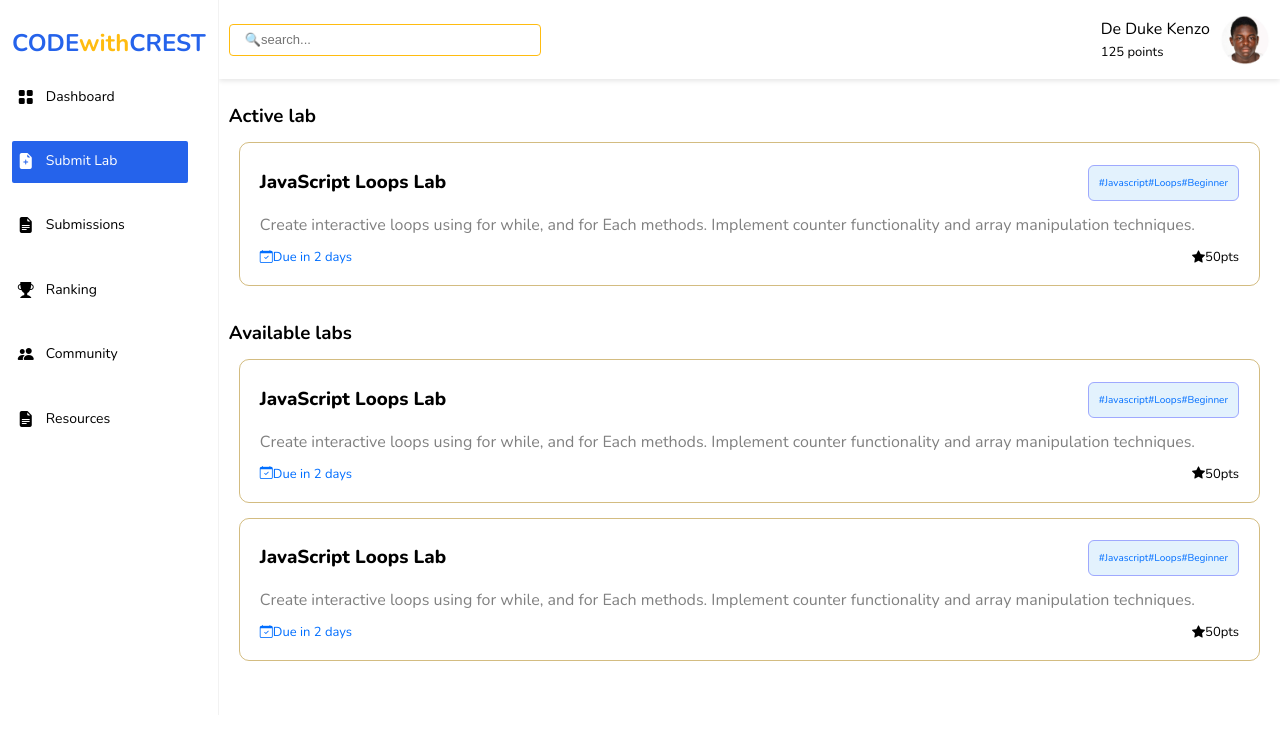
Repository: CarlTeclancing/codewithcrest
Page: /dashboard/submitlab
The author's editor kept a copy of each file at every save. The page is drawn from the files as they stood at one save, then again after a run of saves.
The browser window is 1280 px wide. The pictures show the whole page.
The project was rebuilt for these pictures with package versions that can differ from the ones it lists, and the page was loaded fresh each time. Also part of the build but not shown: vite.config.js, src/pages/Dashboard/Dashboard.jsx, src/components/UserCard.jsx, src/pages/ranking/Ranking.jsx, src/components/GuideLines.jsx, src/pages/submission/Submission.jsx, src/components/CommunityPost.jsx, src/pages/community/Community.jsx and 12 more.

Above is the page before, as saved 2025-09-09 14:14:24.

### index.html
<!doctype html>
<html lang="en">
  <head>
    <meta charset="UTF-8" />
    <link rel="icon" type="image/svg+xml" href="./src/assets/react.svg" />
    <meta name="viewport" content="width=device-width, initial-scale=1.0" />
    <title>CODEwithCREST</title>
    <link rel="stylesheet" href="https://cdn.jsdelivr.net/npm/bootstrap-icons@1.13.1/font/bootstrap-icons.min.css">
    <!-- fonts-->
     <link rel="preconnect" href="https://fonts.googleapis.com">
     <link rel="preconnect" href="https://fonts.gstatic.com" crossorigin>
     <link href="https://fonts.googleapis.com/css2?family=Nunito:ital,wght@0,200..1000;1,200..1000&display=swap" rel="stylesheet">
  </head>
  <body>
    <div id="root"></div>
    <script type="module" src="/src/main.jsx"></script>
  </body>
</html>

### src/main.jsx
import { StrictMode } from 'react'
import { createRoot } from 'react-dom/client'
import './index.css'
import App from './App.jsx'
import 'react-responsive-modal/styles.css';


createRoot(document.getElementById('root')).render(
  <StrictMode>
    <App/>
  </StrictMode>,
)

### src/index.css
:root {
  /* CSS variables */
   --primary-color: #5B0C4E;
   --primary-color-hover: #5b0c4edc;
   --bg-color: #FFFAFE;
   --bg-white: #ffffff;
   --text-color: #262626;
   --border-color: #93B4FD;
   --bg-tab: #DECADB;

   --pending: #EA5254;
   --completed: #3CDA7D;
   --in-progress: #F9BD3B;

   --primary-white-color: white;
   --primary-black-color: black;
   --primary-error-color: red;
 }

body{
  /* border: solid 1px blue; */
  margin: 0%;
  width: 100%;
  height: auto;
  /* display: flex; */
  /* justify-content: center; */
  font-family: "Nunito", sans-serif;
  font-optical-sizing: auto;
  font-weight: 400;
  font-style: normal;
  overflow-x: hidden;
}
/* .post{
  width: 80%;
  display: flex;
  flex-direction: row;
  flex-wrap: wrap;
  align-items: center;
  justify-content: center;
}
.individual-post{
  width: 500px;
  height: auto;
  background-color: rgba(0, 0, 0, 0.05);
  margin: 12px;
  padding: 24px;
  border-radius: 12px;
  border: 1px solid rgba(0, 0, 0, 0.05);
  color: black;
} */

### src/App.jsx
import React  from 'react'
import { createBrowserRouter, RouterProvider ,Route ,Routes } from 'react-router-dom'

import Dashboard from './pages/Dashboard/Dashboard.jsx'
import Ranking from './pages/ranking/Ranking.jsx'
import Submission from './pages/submission/Submission.jsx'

import SubmitLab from './pages/submitLab/SubmitLab.jsx'
import Community from './pages/community/Community.jsx'
import Resources from './pages/resources/Resources.jsx'
import Assistant from './pages/assistant/Assistant.jsx'
import Login from './pages/auths/login/Login.jsx'
import Register from './pages/auths/register/_Register.jsx'
import PersonalInfo from './pages/auths/register/PersonalInfoForm.jsx'
import Experience from './pages/auths/register/ExperienceForm.jsx'
import Program from './pages/auths/register/ProgramForm.jsx'
import { UserProvider } from './providers/userProvider.jsx'
import DashboardLayout from './Layout/DashboardLayout.jsx'
import Subscribe from './pages/subscribe/Subscribe.jsx'

function App() {

  const router = createBrowserRouter([
    {path:'/', element:<Login />},
    // No landing page
    // Auth pages
    {path:'/login',  index:true,element:<Login />},
    {path:'/register', element:<Register />},
    {path:'/personal-information', element:<PersonalInfo />},
    {path:'/program', element:<Program />},
    {path:'/experience', element:<Experience/>},

    // Subscribtion page
    {
      path:'/subscribe',
      element:<Subscribe/>
    },

    // Dashboard pages
    {
      path:'/dashboard',
      element:<DashboardLayout/>,
      children:[
        {
          index:true,
          element:<Dashboard/>
        },
        {path:'submissions', element:<Submission />},
        {path:'submitlab', element:<SubmitLab />},
        {path:'community', element:<Community />},
        {path:'ranking', element:<Ranking />},
        {path:'resources', element:<Resources />},

      ]
    },

    // {path:'/ranking', element:<Ranking />},
    // {path:'/bugtracking', element:<BugTracking />},
    // {path:'/hello', element:<Hello />},
    // {path:'/assistant', element:<Assistant />}

  ]);

  return (
    <>
      <UserProvider>
        <RouterProvider router={router} />
      </UserProvider>
    </>
  )
}

export default App

const Temp = () => {
  return(
    <>
      testing temp comp
    </>
  )
}

### src/pages/submitLab/SubmitLab.jsx
import React ,{useState ,useEffect} from 'react'
import './submitlab.css'
import { Link } from 'react-router-dom'
import LabInfo from '../../components/LabInfo.jsx'
import { HOST_NAME } from '../../../globals.js'
import {Modal} from 'react-responsive-modal'

const lab = [
  { title: 'JavaScript Loops Lab', hashtags:['#Javascript', '#Loops' ,'#Beginner'], task:'Create interactive loops using for while, and for Each methods. Implement counter functionality and array manipulation techniques.' , deadline: 'Due in 2 days', point: '50pts' },
    { title: 'JavaScript Loops Lab', hashtags:['#Javascript', '#Loops' ,'#Beginner'], task:'Create interactive loops using for while, and for Each methods. Implement counter functionality and array manipulation techniques.' , deadline: 'Due in 2 days', point: '50pts' },
];

function SubmitLab() {

  const [labs , setLabs] = useState()
  const [loading ,setLoading] = useState(false)
  const [error ,setError] = useState('')
  const [showModal ,setShowModal] = useState(false)

  async function getLabs(){
    try{
      setLoading(true)
      setError('')
      const response = await fetch(`${HOST_NAME}/api/lab/user/${'user.id'}`)
      const data = await response.json()
      if(response.ok){
        // setLabs(data.labs)
      }else{
        setError(data.error)
      }

    }
    catch(e){
      console.log(e);

    }finally{
      setLoading(false)
    }
  }

  useEffect(()=>{
    // getLabs()
  },[0])

  return (
    <div className='dashboard-container'>

      <SubmitLabModal showModal={showModal} setShowModal={setShowModal} />

      <div style={{lineHeight:'100%'}}>
        <h3>Active lab</h3>
        <div className='labs-container'>
          {lab.slice(0 ,1).map((lab, index) => (
            <LabInfo
              key={index}
              title={lab.title}
              hashtags={lab.hashtags}
              task={lab.task}
              deadline={lab.deadline}
              point={lab.point}
              active={true}
              onClick={()=>setShowModal(true)}
            />
          ))}
        </div>
      </div>

      <div style={{lineHeight:'100%'}}>
        <h3>Available labs</h3>
        <div className='labs-container'>
          {lab.map((lab, index) => (
            <LabInfo
              key={index}
              title={lab.title}
              hashtags={lab.hashtags}
              task={lab.task}
              deadline={lab.deadline}
              point={lab.point}
            />
          ))}
        </div>
      </div>

      <table>

      </table>


      {/* <div className="nav">
        <select name="" id="">
            <option value="">Show All</option>
        </select>
        <div className="bar">
            <Link>Properties</Link>
            <Link>Filter</Link>
            <Link>Sort</Link>
            <Link>Clear All</Link>
        </div>
      </div> */}

      {/* <table>
        <thead>
        <tr>
            <th>Id</th>
            <th>Lab Title</th>
            <th>URL</th>
            <th>Points</th>
            <th>Date</th>
            <th>Action</th>
        </tr>
        </thead>
        <tbody>
        <tr>
            <td>01</td>
            <td>JavaScript Loops Assignment</td>
            <td className='url'>https://www.producthunt.com</td>
            <td>832</td>
            <td>Jan 1, 2020</td>
            <td>Delivered</td>
        </tr>
        <tr>
            <td>02</td>
            <td>JavaScript Loops Assignment</td>
            <td className='url'>https://www.producthunt.com</td>
            <td>832</td>
            <td>Jan 1, 2020</td>
            <td>Delivered</td>
        </tr>
        </tbody>
      </table> */}

    </div>
  )
}

export default SubmitLab


const SubmitLabModal = ({showModal ,setShowModal}) =>{

  function handleChange(e){
    setInfo({...info ,[e.target.name]:e.target.value})
  }

  return(
    <>
      <Modal open={showModal} onClose={()=>setShowModal(false)} >
        <p>
          <h3 style={{textAlign:'center'}}>Submit Lab/Challenge</h3>

          <form onSubmit="">
            <div className="form-group">
              <div>
                <label htmlFor="">Title</label>
                <input
                  type="text"
                  name=''
                  onChange={handleChange}
                />
              </div>
              <div>
                <label htmlFor="">Technologies Used</label>
                <input
                  type="text"
                  name='technologiesUsed'
                  onChange={handleChange}
                />
              </div>
            </div>

            <div className="form-group">
              <div>
                <label htmlFor="">Live Preview URL</label>
                <input
                  type="url"
                  name='liveURL'
                  placeholder='https://your-project.netlify.app'
                  onChange={handleChange}
                />
              </div>
              <div>
                <label htmlFor="">GitHub Repository URL</label>
                <input
                  type="url"
                  name='githubURL'
                  placeholder='https://github.com/username/repository'
                  onChange={handleChange}
                />
              </div>
            </div>

            <div className="form-group">
              <div>
                <label htmlFor="">Lab Description</label>
                <textarea name="decription" id="decription" onChange={handleChange}></textarea>
              </div>
              <div>
                <label htmlFor="">Comments or Notes</label>
                <textarea name="comments" id="comments" onChange={handleChange}></textarea>
              </div>
            </div>

            <div style={{display:'flex', alignItems:'center'}}>
              <input style={{width:'auto'}} type="checkbox" /><label htmlFor="">Notify me when reviewed</label>
            </div>
            <br />
            <label>Challenge/Lab</label><br />
            <select style={{width:'95%', backgroundColor:'#bcbcbcff'}} name="" id="">
              <option value="">Select a Challenge</option>
            </select>
              <br /> <br />

            <div style={{display:'flex', justifyContent:'space-between'}}>
              <div style={{display:'flex', alignItems:'center'}}>
                <button className='btnl'>Clear Form</button>
                <button className='btnl'>Save as draft</button>
              </div>
              <button className='button'>Submit</button>
            </div>
          </form>

          {/* <div className="submit-option">
            <button className={`button ${location.pathname === "" ? "active" : ""}`}>Upload File</button>
            <button className={`button ${location.pathname === "" ? "active" : ""}`}>Submit Link</button>
          </div>

          <div className="upload">
            <form action="">
                <p>Drag and drop your files here! or</p>
                <input type="file" /><br />
                <span>Accepted formats: .zip, .html, .js, .py, .txt</span>
            </form>
          </div> */}
        </p>
      </Modal>
    </>
  )
}

### src/providers/userProvider.jsx
import React ,{createContext ,useState} from "react";


const UserContext = createContext()

export const UserProvider = ({children}) => {
    const [user ,setUser] = useState()

    return (<UserContext.Provider value={{user:user ,setUser:setUser}}  >{children}</UserContext.Provider>)
}

export default UserContext

### src/Layout/DashboardLayout.jsx
import React from "react";
import Sidebar from "../components/Sidebar";
import { Outlet } from "react-router-dom";
import Header from "../components/Header";
import '../styles/layout.css'


const DashboardLayout = () => {
    return(
        <React.Fragment>
            <div style={{border:'solid 0px blue',display:'flex' }}>
                <Sidebar/>

                <div style={{border:'solid 0px red' ,flex:1 ,display:'flex', flexDirection:'column'}}>
                    <div>
                        <Header/>
                    </div>
                    <div>
                        <Outlet/>
                    </div>
                </div>
            </div>

        </React.Fragment>
    )
}

export default DashboardLayout

### src/pages/Dashboard/dashboard.css
.box-updates{
  display: flex;
}
.box{
  display: flex;
  flex-direction: column;
  justify-content:center;
  width:250px ;
  max-width:250px ;
  padding: 15px;
  background-color: white;
  margin-right: 20px;
  border-radius: 5px;
  box-shadow: 0 3px 5px rgba(0, 0, 0, 0.2);
}
.yellow{
    color: #FFBC10;
}
.graph{
    margin-top: 25px;
    text-align: center;
    color: #FFBC10;
}
.updates{
  margin-top: 25px;
}
th{
  background-color: #94bbe6;
  color: #fff;
  font-size: 13px;
}
td,th{
  padding: 6px 5px;
  font-size: 14px;
}
table{
  width: 95%;
  font-size: 14px;
  box-shadow: 0 5px 10px rgba(0, 0, 0, 0.3);
  background-color: #fff;
  overflow: hidden;
  border-collapse: collapse;
  text-align: center;
}

### src/pages/ranking/ranking.css
.total-points{
    color: #2563EB;
    font-size: 19px;
    font-weight: bolder;
}
.points-earned{
    color: #16A34A;
    font-size: 19px;
    font-weight: bolder;
}
.points-lost{
    color: #DC2626;
    font-size: 19px;
    font-weight: bolder;
}
.progress{
    padding: 20px;
    width: 90%;
    display: flex;
    margin-top: 25px;
    flex-direction: column;
    background-color: white;
    border-radius: 3px;
    box-shadow: 0 3px 5px rgba(0, 0, 0, 0.2);
}
progress{
  width: 100%;
  height: 8px;
  border-radius: 10px;
  overflow: hidden;
  appearance: none;
}
progress::-webkit-progress-bar {
    height: 8px;
    border-radius: 10px;
    background-color: #eee;
}
progress::-webkit-progress-value {
  background-color: #2563EB;
  border-radius: 10px;
  height: 8px;
}
.bottom-line{
    display: flex;
    justify-content: space-between;
}
.blue{
    color: #2563EB;
}
.top-coders{
    padding: 20px !important;
    display: flex;
    width: 90%;
    display: flex;
    margin-top: 25px;
    flex-direction: column;
    background-color: white;
    border-radius: 3px;
    box-shadow: 0 3px 8px rgba(0, 0, 0, 0.2);
}
.first-line{
    display: flex;
    align-items: center;
    justify-content: space-between;
}
.box .p{
    color: #959595;
}
.first-line a{
    color: white;
    padding: 8px 10px;
    border-radius: 5px;
    text-decoration: none;
    background-color: #2563EB;
}
.leader-board{
    display: flex;
    margin: 10px 0;
}
.user-card {
  display: flex;
  flex-direction: column;
  align-items: center;
  justify-content: space-between;
  background-color: #f5e2b3;
  border:  1px solid #FFBC10;
  border-radius: 12px;
  padding: 10px 16px;
  margin-right: 20px;
  width: 150px;
}
.profile-pic {
  width: 70px;
  height: 50px;
  border-radius: 50%;
  margin:0;
}
.user-info {
  width: 97%;
  display: flex;
  align-items: center;
  justify-content: space-between;
}
.user-name{
    margin: 0%;
}
.user-points{
    margin: 0%;
}
.taple-point{
    color: #16A34A;
}
.filter{
    display: flex;
}
select{
    padding: 5px 10px;
    margin-left: 10px;
    outline: none;
}

### src/components/LabInfo.jsx
import React from 'react'

function LabInfo({ title, hashtags, task, deadline, point }) {
  return (
    <div className='lab-info'>
        <div>
            <div className="headline">
                <h3>{title}</h3>
                <div >
                    <span className="hashtags">{hashtags}</span>
                </div>
            </div>
            <p className='task'>{task}</p>
            <div className="bottom-line">
                <div className="deadline">
                    <i class="bi bi-calendar-check"></i>
                    <span>{deadline}</span>
                </div>
                <div className="points">
                    <i class="bi bi-star-fill"></i>
                    <span>{point}</span>
                </div>
            </div>
        </div>
    </div>
  )
}

export default LabInfo

### src/pages/community/community.css
.community-page{
    display: flex;
    gap: 20px;
    /* padding-right: 20px; */
}
.form-post span{
    margin-right: 10px;
}
.left-side{
    /* width: 60%; */
    flex: 1;
    display: flex;
    /* margin-right: 20px; */
    flex-direction: column;
}
.right-side{
    width: 250px;
    display: flex;
    flex-direction: column;
    font-size: small;
    gap: 15px;
}
.firstline{
    display: flex;
    align-items: center;
}
.contributor-info{
    display: flex;
    flex-direction: column;
    /* border: solid 1px red; */
    padding: 0;
    margin: 0;
    line-height: normal;
}
.contributors img{
  width: 40px;
  height: 40px;
  background-color: rgba(0,0,0,0.2);
  border-radius: 50%;
  margin-right: 20px;
}
input{
    height: 23px;
}
textarea{
    height: 70px;
}
input, textarea{
    width:90%;
    outline: none;
    padding: 5px 10px;
    border-radius: 3px;
    border: 1px solid #959595;
}
.bottom{
    display: flex;
    align-items: center;
    justify-content: space-between;
}
.add a{
    color: #959595;
    margin-right: 15px;
    text-decoration: none;
}
.bottom button{
    color: white;
    padding: 8px 12px;
    border-radius: 6px;
    border: 1px solid #9b83fc;
    background-color: #9b83fc;
}
.trends{
    display: flex;
    justify-content: space-between;
}
.hashtag{
    color: #9b83fc;
}
.top-contributors{
    display: flex;
    flex-direction: column;
    gap: 7px;
}
.contributors, .top-contributors{
    margin: 0% !important;
}
.contributors{
    display: flex;
    align-items: center;
}
.contributor-point{
    color: #959595;
}
.suggestion{
    padding: 5px 10px;
    margin-bottom: 10px;
    border-radius: 4px;
    background-color: #f3f2f2;
}
.level-name{
    color: #16A34A;
}
.suggestion p, .level-point{
    color: #959595;
}
.post-profile{
    display: flex;
    padding: 10px 0px;
    align-items: center;
    gap: 5px;
}
.form-post{
    padding: 0px 20px;
    border-radius: 3px;
    border: 1px solid #959595;
}
.post-profile img{
    width: 45px;
    height: 45px;
    background-color: rgba(0,0,0,0.2);
    border-radius: 20px;
}
.post-profile .name{
    font-weight: bold;
}
.post-profile .time{
    font-size: small;
    color: grey;
}
.post-profile-info{
    display: flex;
    flex-direction: column;
}

### src/components/Header.jsx
import React ,{useState ,useEffect} from 'react'
// import  './layout.css'
import Img1 from '../assets/img1.jpg'


function Header() {

  const [showMenu ,setShowMenu] = useState(false)

  useEffect(()=>{
    if(window.innerWidth <= 500){
      setShowMenu(true)
    }
  },[window.innerWidth])
  console.log(showMenu);


  return (
    <div className='head'>
      {/* {showMenu && <div>
          <span className='bi bi-menu'>🍺</span>
      </div>} */}

      {/* <h2 className="logo"><span>CODE</span>with<span>CREST</span></h2> */}
        <div>
          <span style={{display:'flex', alignItems:'center'}}>
            <input type="text"  className='search' placeholder='🔍search...  '/>
          </span>
        </div>

        <div className="profile" style={{cursor:'pointer'}}>
            <p className='name'>De Duke Kenzo<br/><span className='points'>125 points</span></p>
            <img src={Img1} alt="" />
        </div>
    </div>
  )
}

export default Header

### src/styles/layout.css

.guidelines{
  /* border: solid 1px cyan; */
  padding: 5px;
}
.guide{
  width: 250px;
  border-radius: 10px;
  font-size: small;
  border: 1px solid #93B4FD;
  background-color: #F0F9FF;
  padding:10px;
  display: flex;
  flex-direction: column;
  color: grey;
}
.guide h3{
  color: black;
  /* line-height: normal; */
}
.guide ul{
  list-style: none;
}
.guide-container{
  /* width: 100%; */
  display: flex;
  flex-wrap: wrap;
  gap: 15px;
  /* justify-content: space-between; */
}
.guide-container div:first-child{
  border-left: 4px solid var(--primary-color);
}
.guide-container div:nth-child(2){
  border-left: 4px solid var(--primary-error-color);
  /* margin-left: 12px; */
}
.guide-container div:nth-child(3){
  border-left: 4px solid var(--completed);
  /* margin-left: 12px; */
}

.nav-element{
  margin-left: 12px;
  font-size: 14px;
  width: 100%;
}

.head{
  padding: 10px;
  height:59px;
  /* width: 98%; */
  display: flex;
  align-items: center;
  justify-content: space-between !important;
  background-color: #ffffff;
  box-shadow: 0 2px 5px rgba(0, 0, 0, 0.1);
}

.icon{
  margin-right: 10px;
}
.search{
  width: 280px;
  height: 30px;
  outline: none;
  border-radius: 4px;
  border: 1px solid #FFBC10;
  padding: 0 15px;
}
.profile{
  display: flex;
  align-items: center;
}
.profile img{
  width: 50px;
  border-radius: 50%;
  margin-left: 10px;
}

.dashboard-container{
  padding: 10px;
  padding-bottom: 50px;
  /* border: solid 1px green; */
  overflow: auto;
  display: flex;
  flex-direction: column;
  gap: 20px;
}

### src/styles/sideBarStyles.css
.sidebar-admin{
  top: 0;
  max-width: 200px;
  display: flex;
  padding: 12px;
  flex-direction: column;
  background-color: #ffffff;
  scroll-behavior: smooth;
  border-right: solid 1px rgba(0,0,0,0.05);
  /* border: solid 1px red; */
  position: sticky;
  height: 96vh;
}
.sidebar-admin a{
  text-decoration: none;
  color: black;
  margin-bottom: 20px;
  background-color: rgba(255, 255, 255, 0.527);
  border-radius: 3px;
  transition: 0.3s, color 0.3s;
  display: flex;
}
.navbar{
  display: flex;
  flex-direction: column;
  justify-content: space-between;
}
.logo{
 margin:0px;
 font-weight: bolder;
 color: #FFBC10;
 line-height: normal;
 padding: 15px 0px;
}
.logo span{
  color: #2563EB;
}
.section{
  margin: 3px 0;
  width: 85%;
  padding: 5% 3%;
  border-radius: 2px;
}
.section:hover, .section.active{
  cursor: pointer;
  border-radius: 2px;
  color: white;
  background-color: #2563EB;
}

@media screen and (max-width:500px) {
.sidebar-admin{
  border: solid 1px red;
  padding: 0px;
  max-width: 0px;
  overflow: hidden;
}

}

Loaded but not shown: globals.js (3 lines, source omitted); src/pages/resources/resource.css (164 lines, source omitted); src/pages/submitLab/submitlab.css (134 lines, source omitted); src/components/Sidebar.jsx (49 lines, source omitted)

After the next 4 saves:
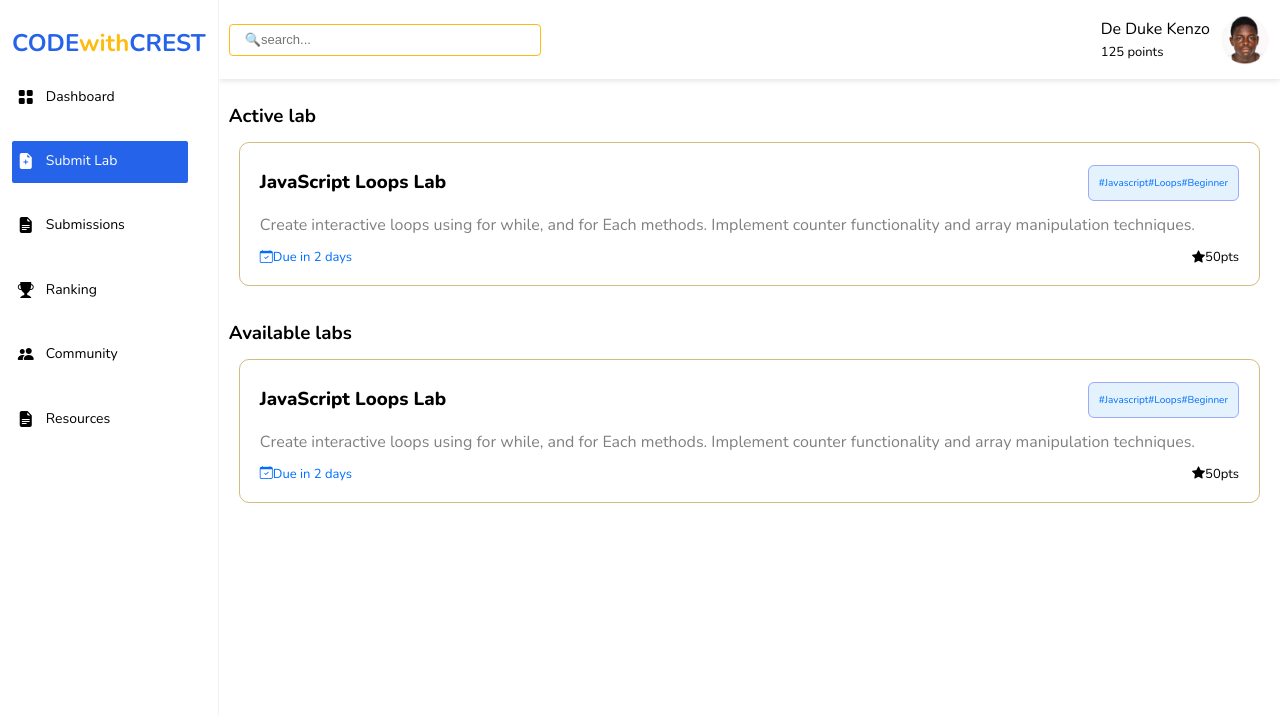
The 4 saves are shown as one change because 1 did not build or start and some came seconds apart.
The last was saved 12 min 43 s later.
--- a/src/pages/submitLab/SubmitLab.jsx
+++ b/src/pages/submitLab/SubmitLab.jsx
@@ -7,7 +7,6 @@ import {Modal} from 'react-responsive-modal'
 
 const lab = [
   { title: 'JavaScript Loops Lab', hashtags:['#Javascript', '#Loops' ,'#Beginner'], task:'Create interactive loops using for while, and for Each methods. Implement counter functionality and array manipulation techniques.' , deadline: 'Due in 2 days', point: '50pts' },
-    { title: 'JavaScript Loops Lab', hashtags:['#Javascript', '#Loops' ,'#Beginner'], task:'Create interactive loops using for while, and for Each methods. Implement counter functionality and array manipulation techniques.' , deadline: 'Due in 2 days', point: '50pts' },
 ];
 
 function SubmitLab() {
